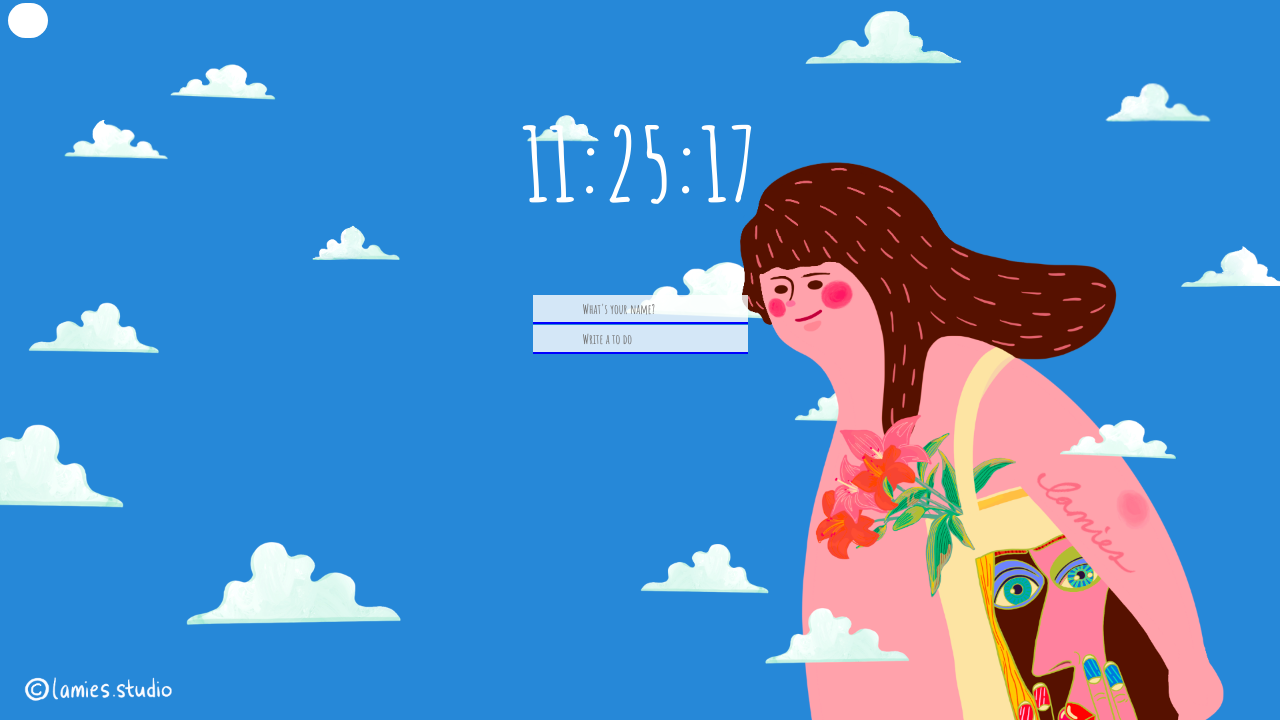
Repository: haleyjung/chrome_app
Page: index.html
These files come from the project's save history. The page is drawn as it stood at one moment and after the next save; the edit follows.
The browser window is 1280 px wide. The pictures show the whole page.

Above is the page before, as saved 2020-11-23 16:00:55.

After the next save:
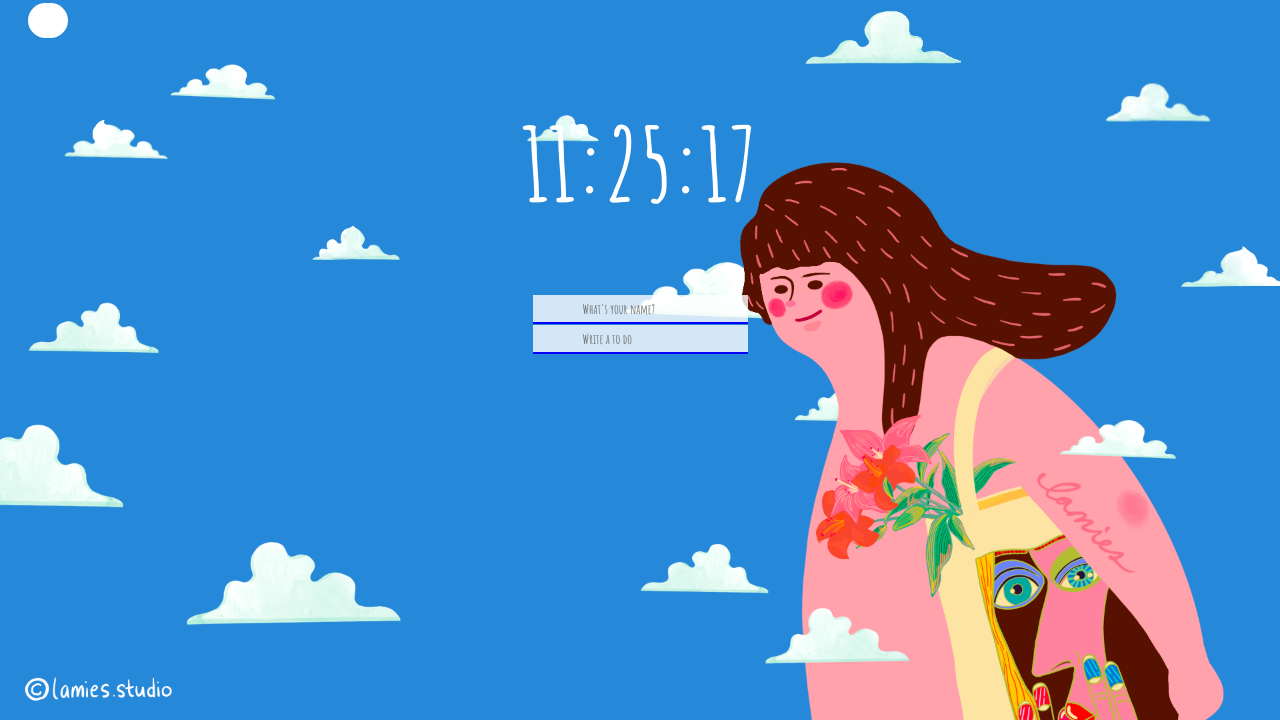
Saved 12 s later.
--- a/index.css
+++ b/index.css
@@ -22,7 +22,7 @@
   font-weight: 400;
   color: blueviolet;
   background-color: white;
-  top: 20px;
+  margin: 20px;
   padding: 5px 20px;
   border-radius: 30px;
 }

After the save that followed:
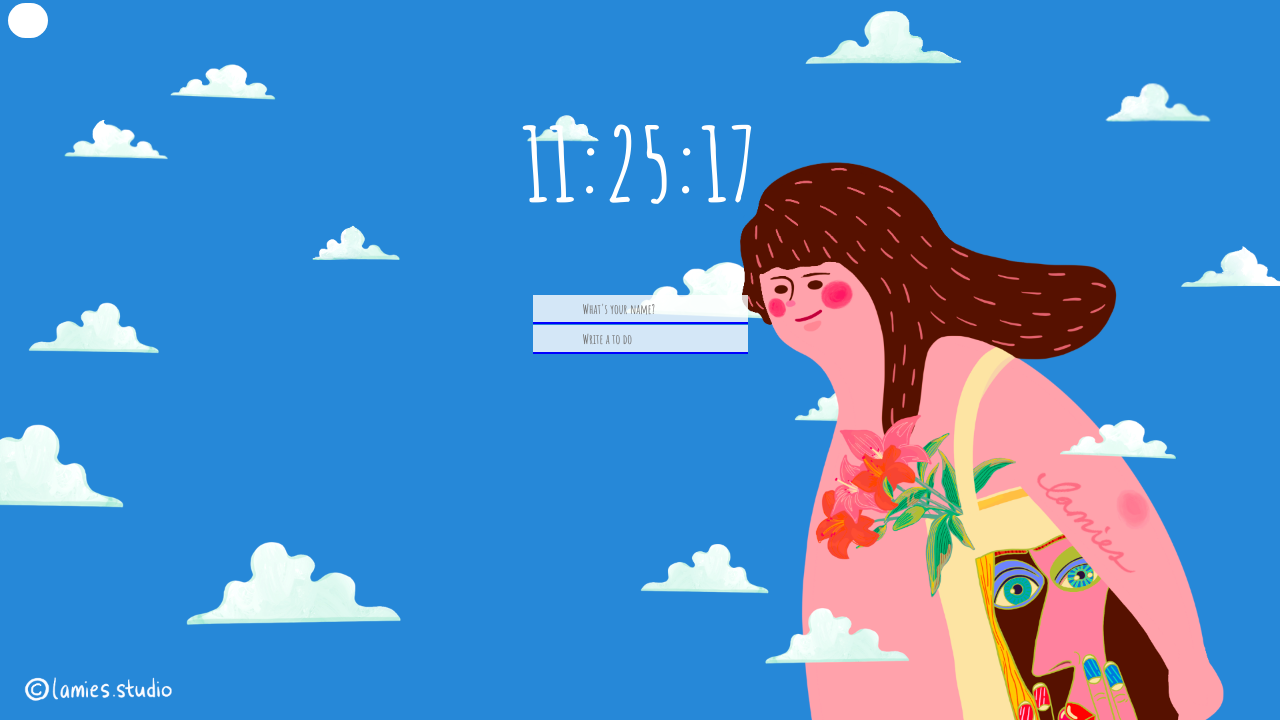
Saved 17 s later.
--- a/index.css
+++ b/index.css
@@ -22,7 +22,7 @@
   font-weight: 400;
   color: blueviolet;
   background-color: white;
-  margin: 20px;
+  margin: ;
   padding: 5px 20px;
   border-radius: 30px;
 }
